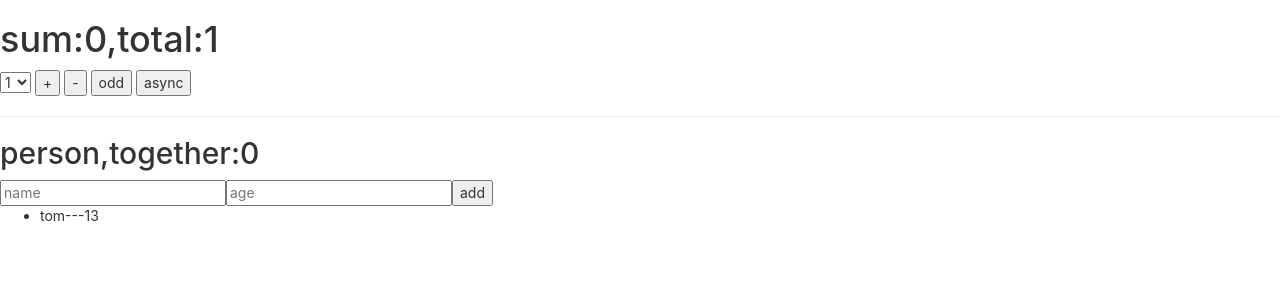
Repository: Shanshan67/React_a
Page: /
The author's editor kept a copy of each file at every save. The page is drawn from the files as they stood at one save, then again after the next save.
The browser window is 1280 px wide. The pictures show the whole page.
The project was rebuilt for these pictures with package versions that can differ from the ones it lists, and the page was loaded fresh each time.

Above is the page before, as saved 2022-12-09 00:26:10.

After the next save:
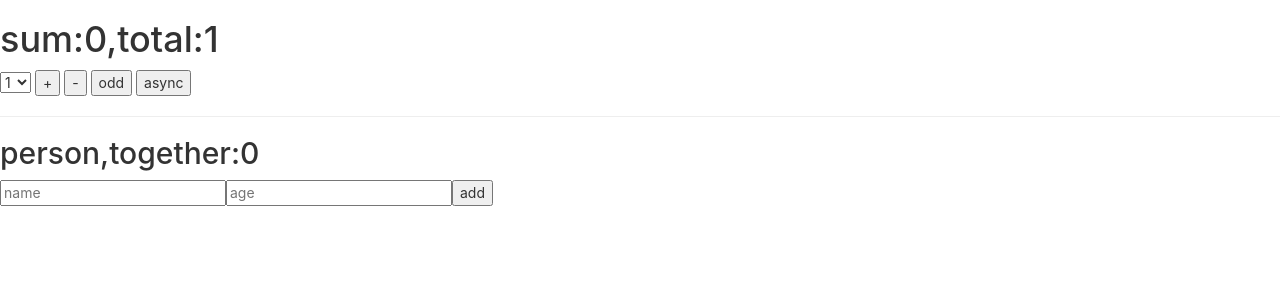
Saved 3 min 42 s later.
--- a/src/containers/Person/index.jsx
+++ b/src/containers/Person/index.jsx
@@ -22,9 +22,10 @@ class Person extends Component {
             <button onClick={this.addPerson}>add</button>
             <ul>
                 {
-                    this.props.persons.map((per) => {
+                    /* this.props.persons.map((per) => {
                         return <li key={per.id}>{per.name}---{per.age}</li>
-                    })
+                    }) */
+
                 }
             </ul>
         </div>
